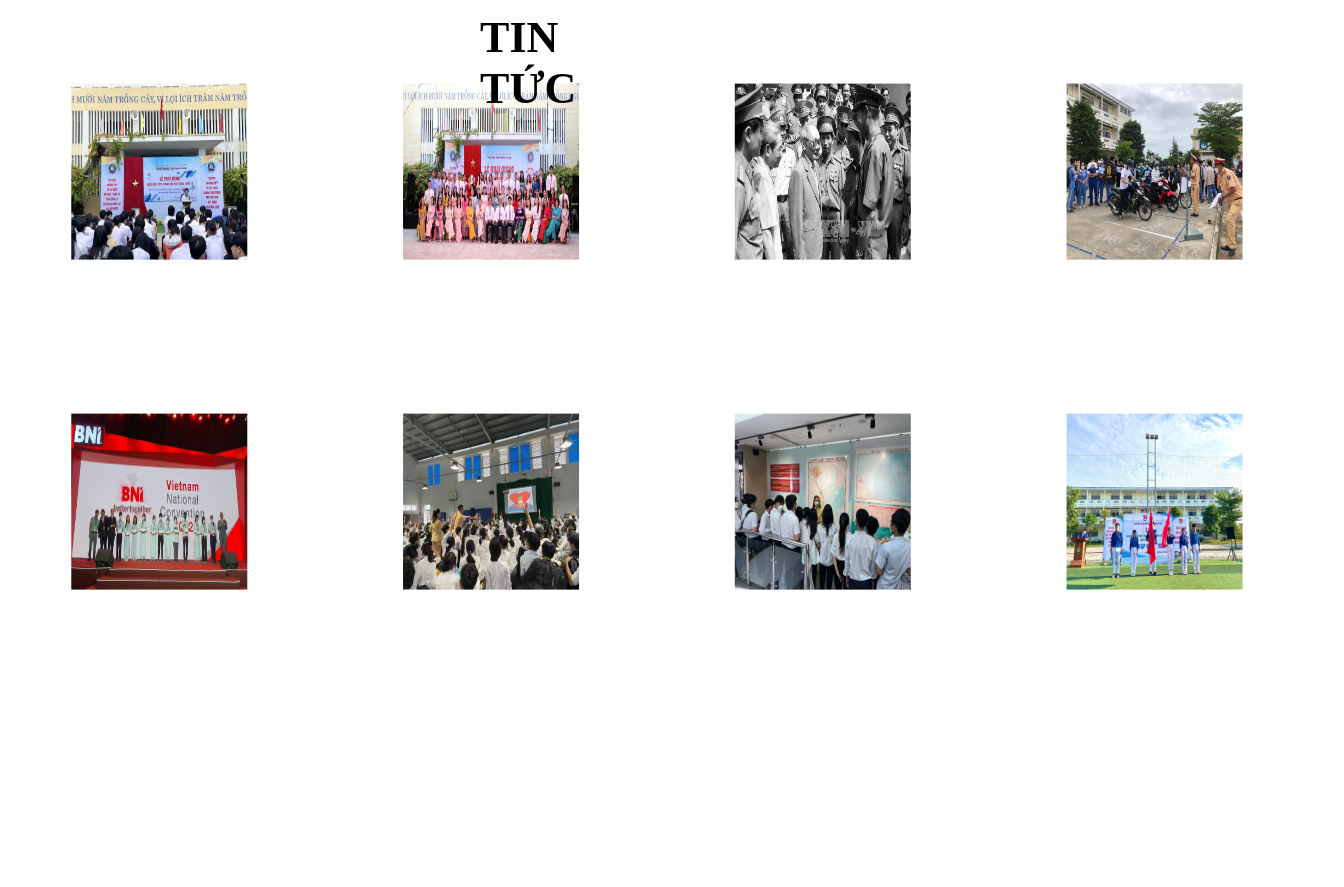
Repository: dphasst17/THPTVCC
Page: new/new_content/new_content_home.html
An editor plug-in stored every save of this project. The page is shown before and after the next save, followed by the edit.
The browser window is 1280 px wide. The page is 1527 px wide, so the pictures cover 1527 px, including what lies to the right of the window. The pictures show the whole page, at 88% of full size.

Above is the page before, as saved 2022-10-13 09:54:04.

After the next save:
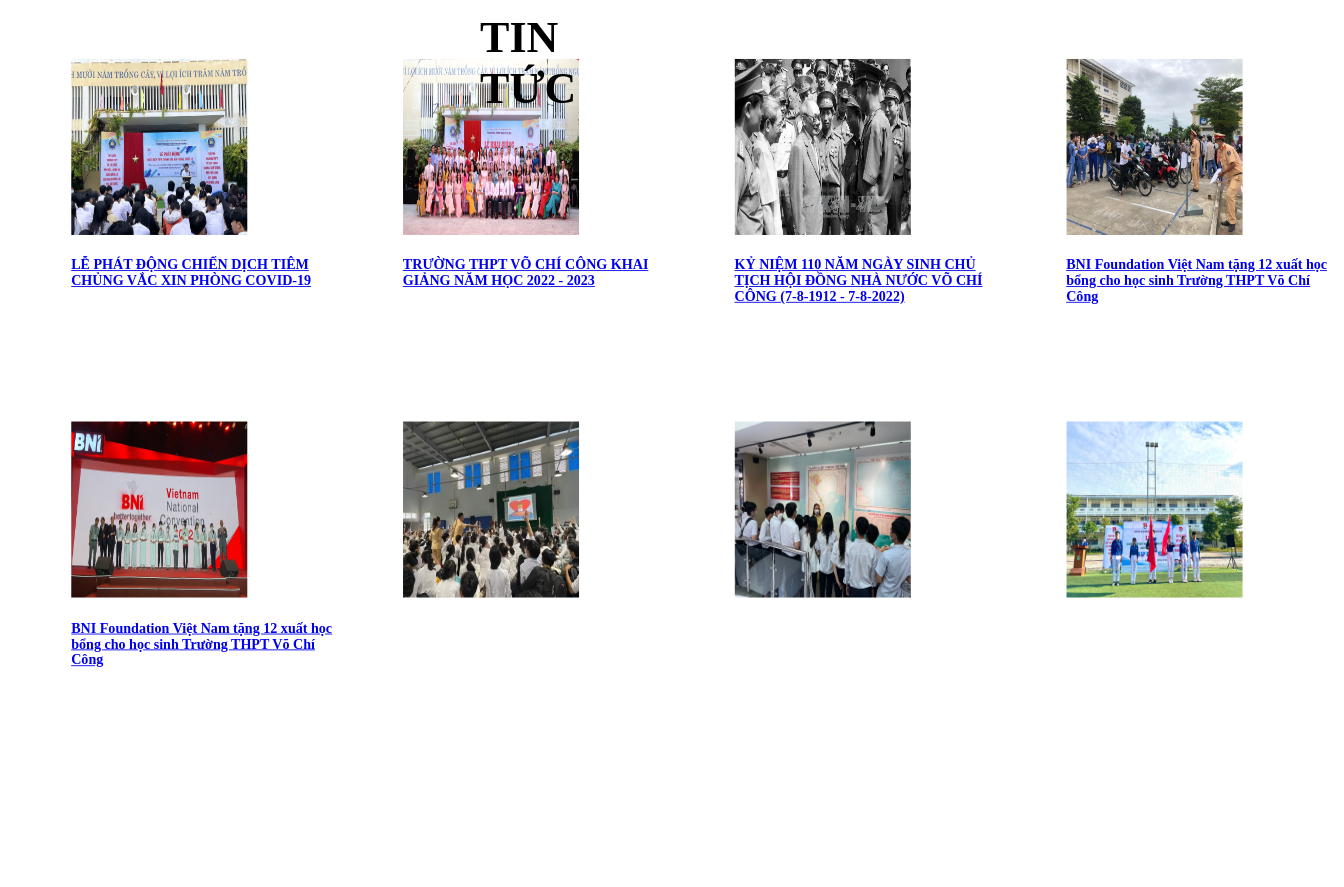
Saved 105 s later.
--- a/new/new_content/new_content_home.html
+++ b/new/new_content/new_content_home.html
@@ -46,33 +46,31 @@
         <div class="content">
             <a href="../new_content/new_conten1.html">
                 <img src="../new_img/1.jpg" alt="">
-
-                <h4></h4>
+                <h4>LỄ PHÁT ĐỘNG CHIẾN DỊCH TIÊM CHỦNG VẮC XIN PHÒNG COVID-19</h4>
             </a>
         </div>
         <div class="content">
             <a href="../new_content/new_content2.html">
                 <img src="../new_img/2.jpg" alt="">
-
-                <h4></h4>
+                <h4>TRƯỜNG THPT VÕ CHÍ CÔNG KHAI GIẢNG NĂM HỌC 2022 - 2023</h4>
             </a>
         </div>
         <div class="content">
             <a href="../new_content/new_content3.html">
                 <img src="../new_img/3.jpg" alt="">
-                <h4></h4>
+                <h4>KỶ NIỆM 110 NĂM NGÀY SINH CHỦ TỊCH HỘI ĐỒNG NHÀ NƯỚC VÕ CHÍ CÔNG (7-8-1912 - 7-8-2022)</h4>
             </a>
         </div>
         <div class="content">
             <a href="../new_content/new_content4.html">
                 <img src="../new_img/4.jpg" alt="">
-                <h4></h4>
+                <h4>BNI Foundation Việt Nam tặng 12 xuất học bổng cho học sinh Trường THPT Võ Chí Công</h4>
             </a>
         </div>
         <div class="content">
             <a href="../new_content/new_content5.html">
                 <img src="../new_img/5.jpg" alt="">
-                <h4></h4>
+                <h4>BNI Foundation Việt Nam tặng 12 xuất học bổng cho học sinh Trường THPT Võ Chí Công</h4>
             </a>
         </div>
         <div class="content">
